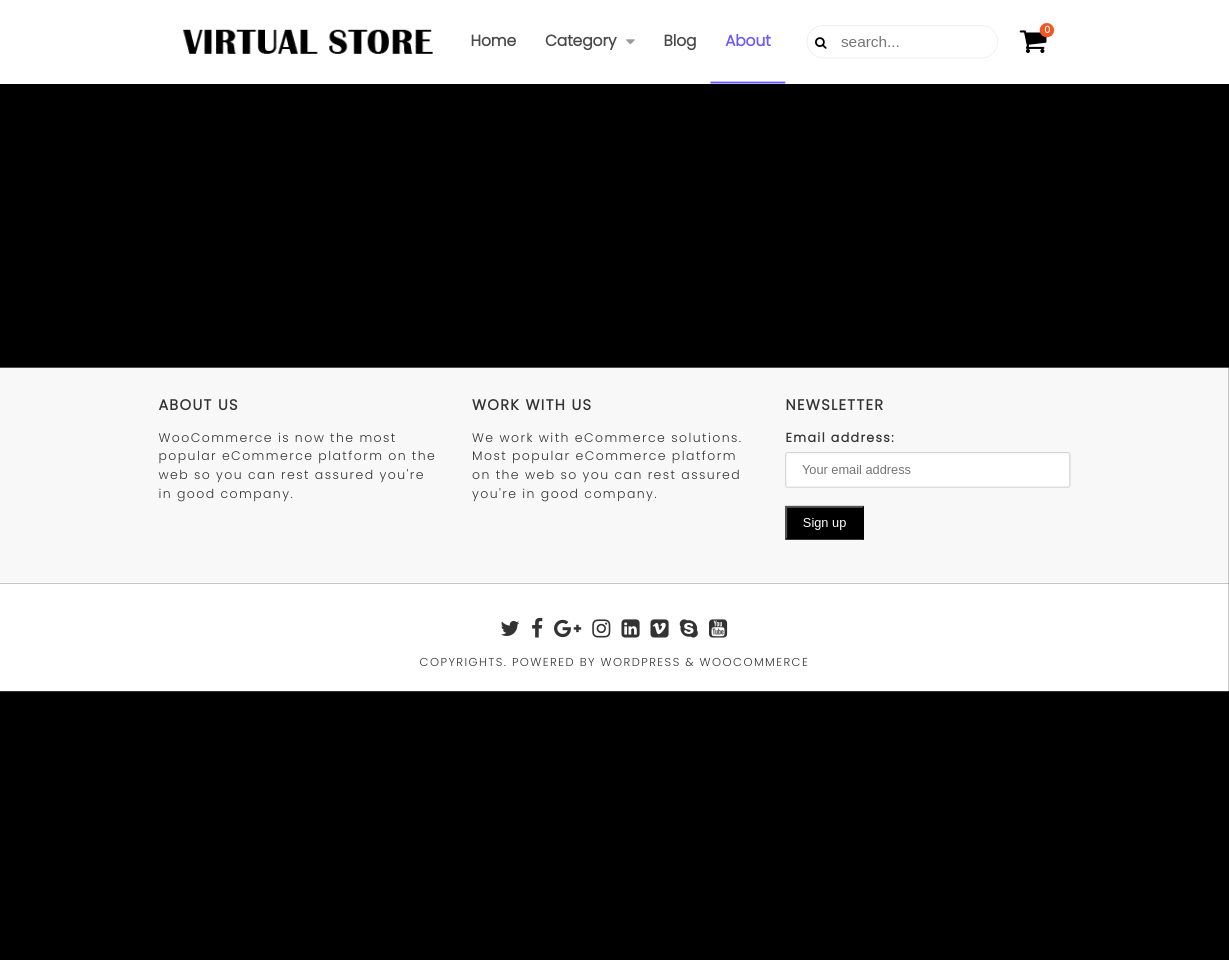
Repository: dungle03/tke_web_nhom_15
Page: About/index.html
The author's editor kept a copy of each file at every save. The page is drawn from the files as they stood at one save, then again after the next save.
The browser window is 1280 px wide. The pictures show the whole page, at 96% of full size.

Above is the page before, as saved 2022-09-14 00:48:04.
Not found: About/resest.css

After the next save:
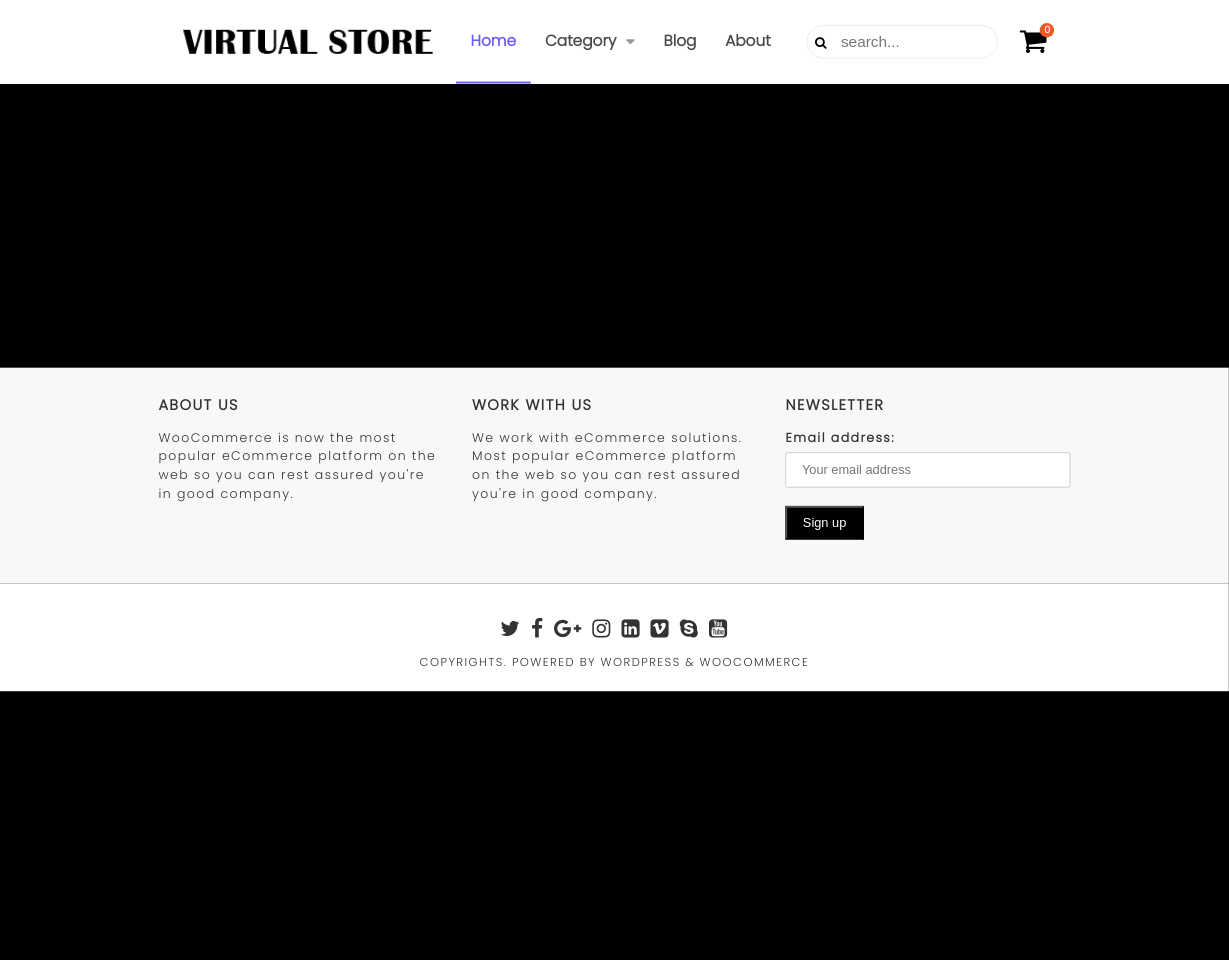
Saved 85 s later.
--- a/About/index.html
+++ b/About/index.html
@@ -25,27 +25,27 @@
                 </a>
             </div>
             <ul class="navi">
-                <li class="item"><a href="#" class="home">Home</a>
+                <li class="item active"><a href="../index.html" class="home">Home</a>
                 </li>
                 <li class="item category-more"><a href="#" class="category">Category</a>
                     <i class="fa fa-caret-down dropdow_caret"></i>
                     <div class="dropdow">
                         <ul class="dropdow-list">
-                            <li  class="dropdow-item"><a class="dropdow-effect" href="#"><span>
+                            <li  class="dropdow-item"><a class="dropdow-effect" href="Category/All products/index.html"><span>
                                 All products
                             </span></a></li>
-                            <li class="dropdow-item"><a  class="dropdow-effect"href="#"><span>
+                            <li class="dropdow-item"><a  class="dropdow-effect"href="Category/Furniture/index.html"><span>
                                 Furniture
                             </span></a></li>
-                            <li class="dropdow-item"><a class="dropdow-effect" href="#"><span>
+                            <li class="dropdow-item"><a class="dropdow-effect" href="Category/Sale/index.html"><span>
                                 Sale
                             </span></a></li>
                         </ul>
                     </div>
                 </li>
-                <li class="item"><a href="#" class="blog">Blog</a>
+                <li class="item"><a href="Blog/index.html" class="blog">Blog</a>
                 </li>
-                <li class="item active"><a href="#" class="about">About</a>
+                <li class="item"><a href="About/index.html" class="about">About</a>
                 </li>
             </ul>
             <div class="wrap-search">

After the 2 saves that followed:
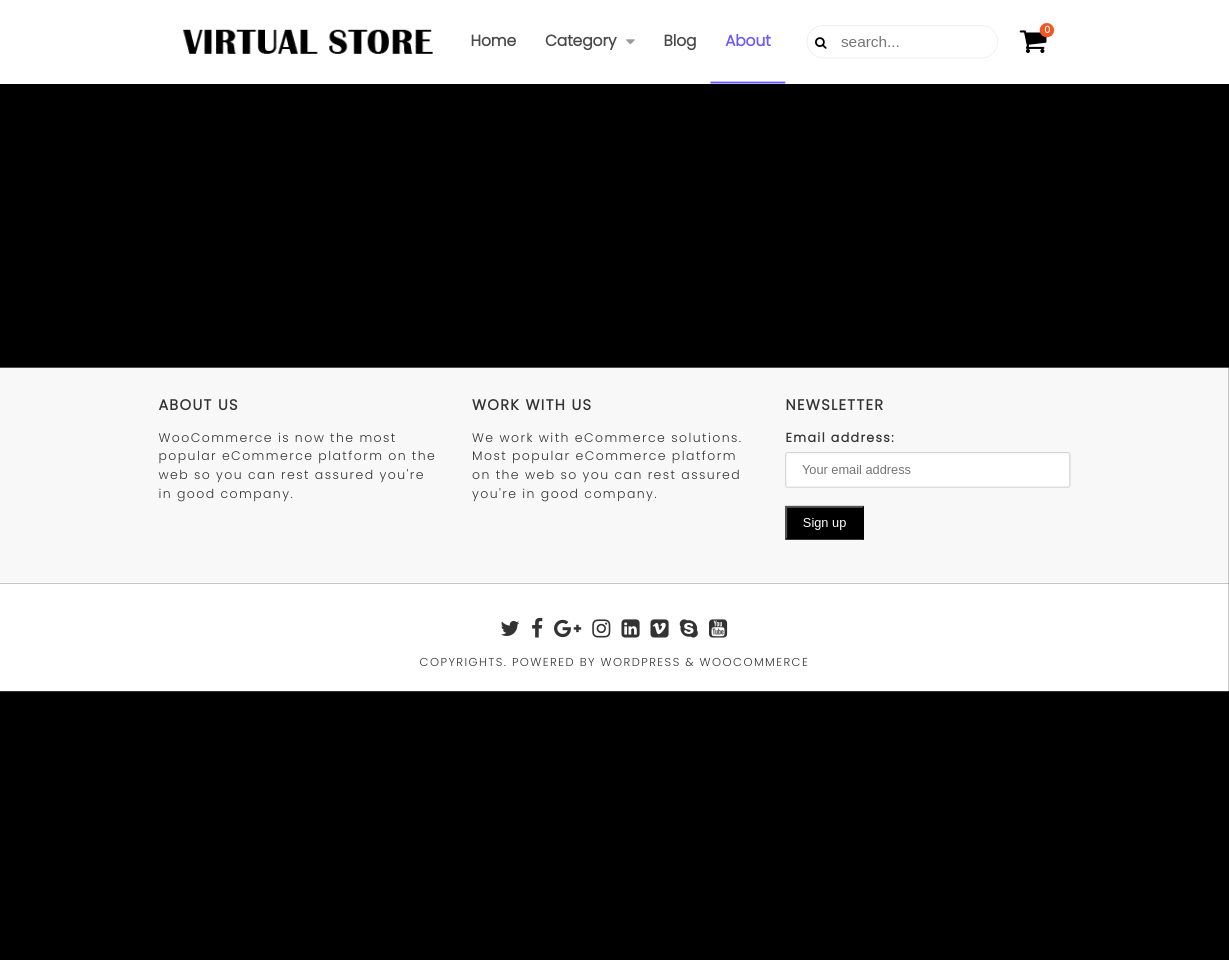
The 2 saves are shown as one change because 1 left the picture as it was.
The last was saved 76 s later.
--- a/About/index.html
+++ b/About/index.html
@@ -25,27 +25,27 @@
                 </a>
             </div>
             <ul class="navi">
-                <li class="item active"><a href="../index.html" class="home">Home</a>
+                <li class="item"><a href="#" class="home">Home</a>
                 </li>
                 <li class="item category-more"><a href="#" class="category">Category</a>
                     <i class="fa fa-caret-down dropdow_caret"></i>
                     <div class="dropdow">
                         <ul class="dropdow-list">
-                            <li  class="dropdow-item"><a class="dropdow-effect" href="Category/All products/index.html"><span>
+                            <li  class="dropdow-item"><a class="dropdow-effect" href="#"><span>
                                 All products
                             </span></a></li>
-                            <li class="dropdow-item"><a  class="dropdow-effect"href="Category/Furniture/index.html"><span>
+                            <li class="dropdow-item"><a  class="dropdow-effect"href="#"><span>
                                 Furniture
                             </span></a></li>
-                            <li class="dropdow-item"><a class="dropdow-effect" href="Category/Sale/index.html"><span>
+                            <li class="dropdow-item"><a class="dropdow-effect" href="#"><span>
                                 Sale
                             </span></a></li>
                         </ul>
                     </div>
                 </li>
-                <li class="item"><a href="Blog/index.html" class="blog">Blog</a>
+                <li class="item"><a href="#" class="blog">Blog</a>
                 </li>
-                <li class="item"><a href="About/index.html" class="about">About</a>
+                <li class="item active"><a href="#" class="about">About</a>
                 </li>
             </ul>
             <div class="wrap-search">
